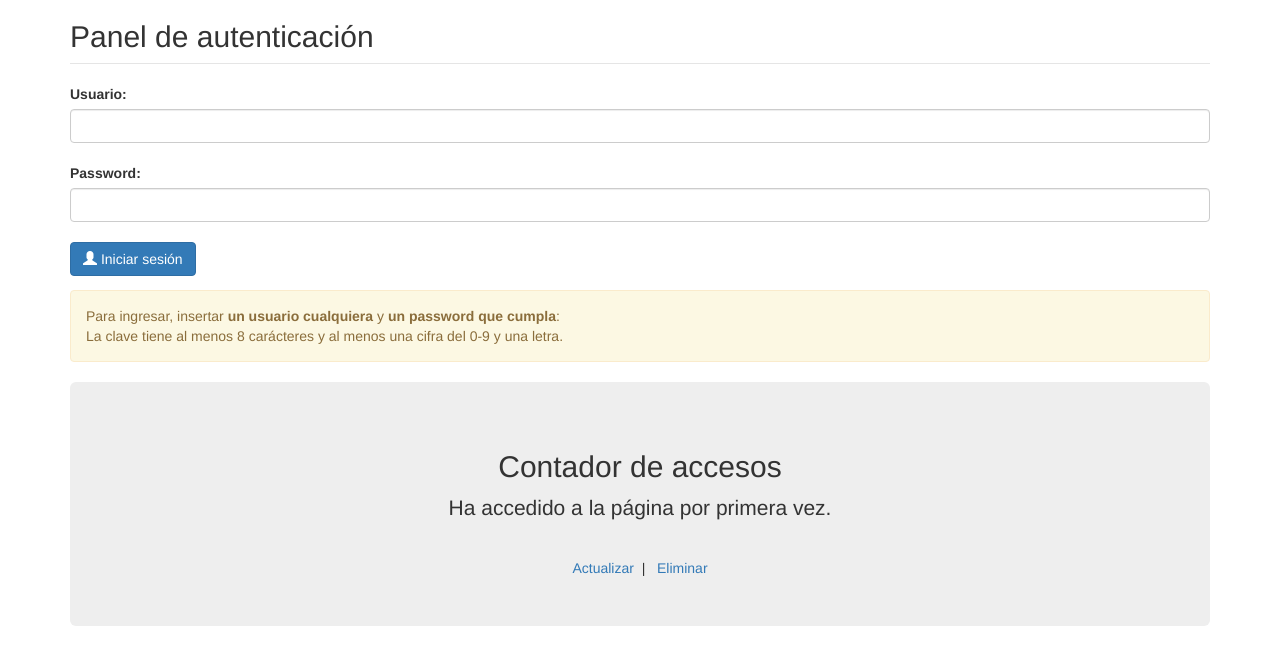
Repository: Myugen/EjercicioPHP
Page: http://localhost/Ejercicio1/autenticacion.php
These files come from the project's save history. The page is drawn as it stood at one moment and after the next save; the edit follows.
The browser window is 1280 px wide. The pictures show the whole page.
Some web libraries are served in a nearby version. The page is run by PHP 8.4 with error messages shown; the project is at /var/www/html/.

Above is the page before, as saved 2015-11-17 20:37:40.

### Actividades5-2/Ejercicio1/autenticacion.php
<?php
session_start();
//Si se aprieta el enlace 'Eliminar' creo una variable GET para dejar una marca de borrado, si esa marca existe, borro la cookie.
if(isset($_GET["borrar"])) {
	unset($_COOKIE["contador"]);
	setcookie("contador", null, time() - 3600);
}
/*Si a la llamada de la página existe la cookie que contabiliza las visitas a la web, entonces aumento el contador y la almaceno
en la cookie otra vez. Si no existe tal cookie, la creo con el contador iniciado a 1 (la primera visita)*/
if(isset($_COOKIE["contador"])) {
	$contador = $_COOKIE["contador"];
	setcookie("contador", ++$contador, time() + (60*60*24*30));
}
else {
	$contador = 1;
	setcookie("contador", $contador, time() + (60*60*24*30));
}
?>
<!DOCTYPE HTML PUBLIC "-//W3C//DTD HTML 4.01 Frameset//EN">
<html>
<head>
<meta name="viewport" content="width=device-width, initial-scale=1">
<link rel="stylesheet" href="http://maxcdn.bootstrapcdn.com/bootstrap/3.3.5/css/bootstrap.min.css">
<script src="https://ajax.googleapis.com/ajax/libs/jquery/1.11.3/jquery.min.js"></script>
<script src="http://maxcdn.bootstrapcdn.com/bootstrap/3.3.5/js/bootstrap.min.js"></script>
<meta http-equiv="Content-Type" content="text/html; charset=UTF-8">
<title>Panel de autenticación</title>
</head>
<body>
	<div class="container">
	<form action="resultado_autenticacion.php" method="post" role="form">
	<fieldset>
	<legend><h2>Panel de autenticación</h2></legend>
	<label for="textBoxUsuario">Usuario:</label>
	<input type="text" name="user" id="textBoxUsuario" class="form-control"/><br>
	<label for="textBoxPassword">Password:</label>
	<input type="password" name="password" id="textBoxPassword" class="form-control"/><br>
	<button type="submit" class="btn btn-primary">
		<span class="glyphicon glyphicon-user" aria-hidden="true"></span>
		Iniciar sesión
	</button>
	</fieldset>
	</form>
	<div class="alert alert-warning" role="alert">
	<p>Para ingresar, insertar <strong>un usuario cualquiera</strong> y <strong>un password que cumpla</strong>:<br>
	La clave tiene al menos 8 carácteres y al menos una cifra del 0-9 y una letra.</p>
	</div>
	<div id="informacion" class="jumbotron text-center">
	<h2>Contador de accesos</h2>
	<?php
		//Control para escribir un mensaje un poco más personalizado en caso de ser la primera vez que se accede a la página
		if($contador == 1)
			echo "<p>Ha accedido a la página por primera vez.</p>";
		else
			echo "<p>Ha accedido a la página<strong> $contador </strong>veces.</p>";
	?>
	<br>
	<a href="autenticacion.php">Actualizar</a>&nbsp | &nbsp <a href="autenticacion.php?borrar=1">Eliminar</a>
	</div>
	</div>
</body>
</html>

After the next save:
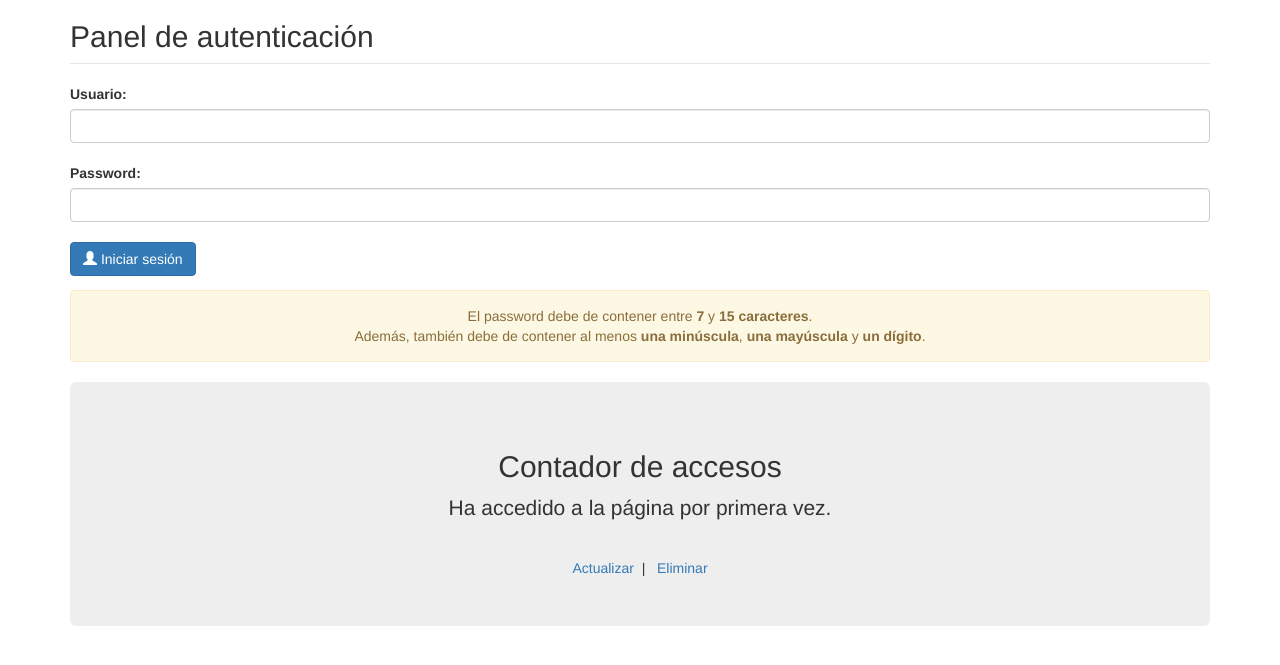
Saved 6 min 15 s later.
--- a/Actividades5-2/Ejercicio1/autenticacion.php
+++ b/Actividades5-2/Ejercicio1/autenticacion.php
@@ -41,9 +41,9 @@ else {
 	</button>
 	</fieldset>
 	</form>
-	<div class="alert alert-warning" role="alert">
-	<p>Para ingresar, insertar <strong>un usuario cualquiera</strong> y <strong>un password que cumpla</strong>:<br>
-	La clave tiene al menos 8 carácteres y al menos una cifra del 0-9 y una letra.</p>
+	<div class="alert alert-warning text-center" role="alert">
+	<p>El password debe de contener entre <strong>7</strong> y <strong>15 caracteres</strong>. <br>
+	Además, también debe de contener al menos <strong>una minúscula</strong>, <strong>una mayúscula</strong> y <strong>un dígito</strong>.</p>
 	</div>
 	<div id="informacion" class="jumbotron text-center">
 	<h2>Contador de accesos</h2>
